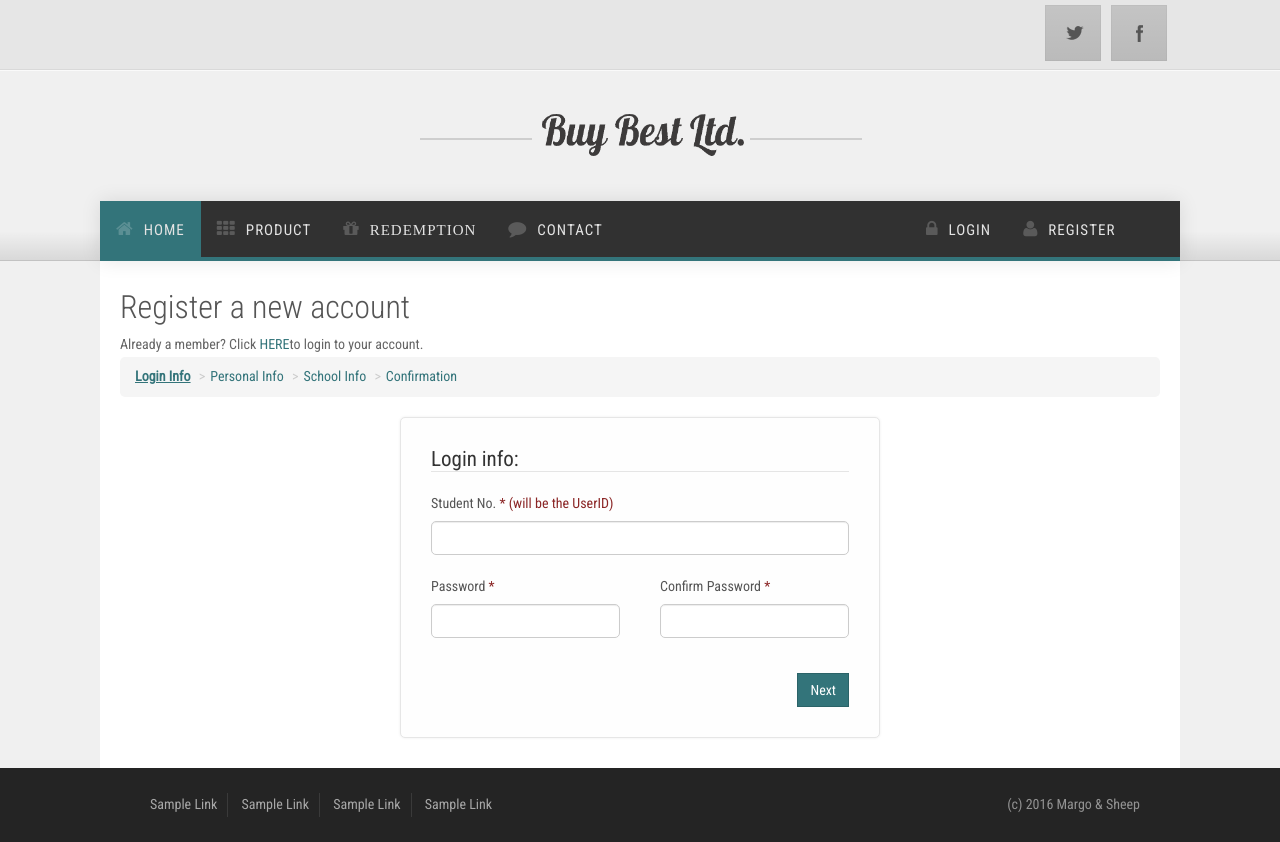
Repository: thymargo13/HCI--2015
Page: signup.html
The author's editor kept a record of every edit. The page is drawn from the files as they stood at one moment, then again after the next edit.
The browser window is 1280 px wide. The pictures show the whole page.

Above is the page before.

After the next edit:
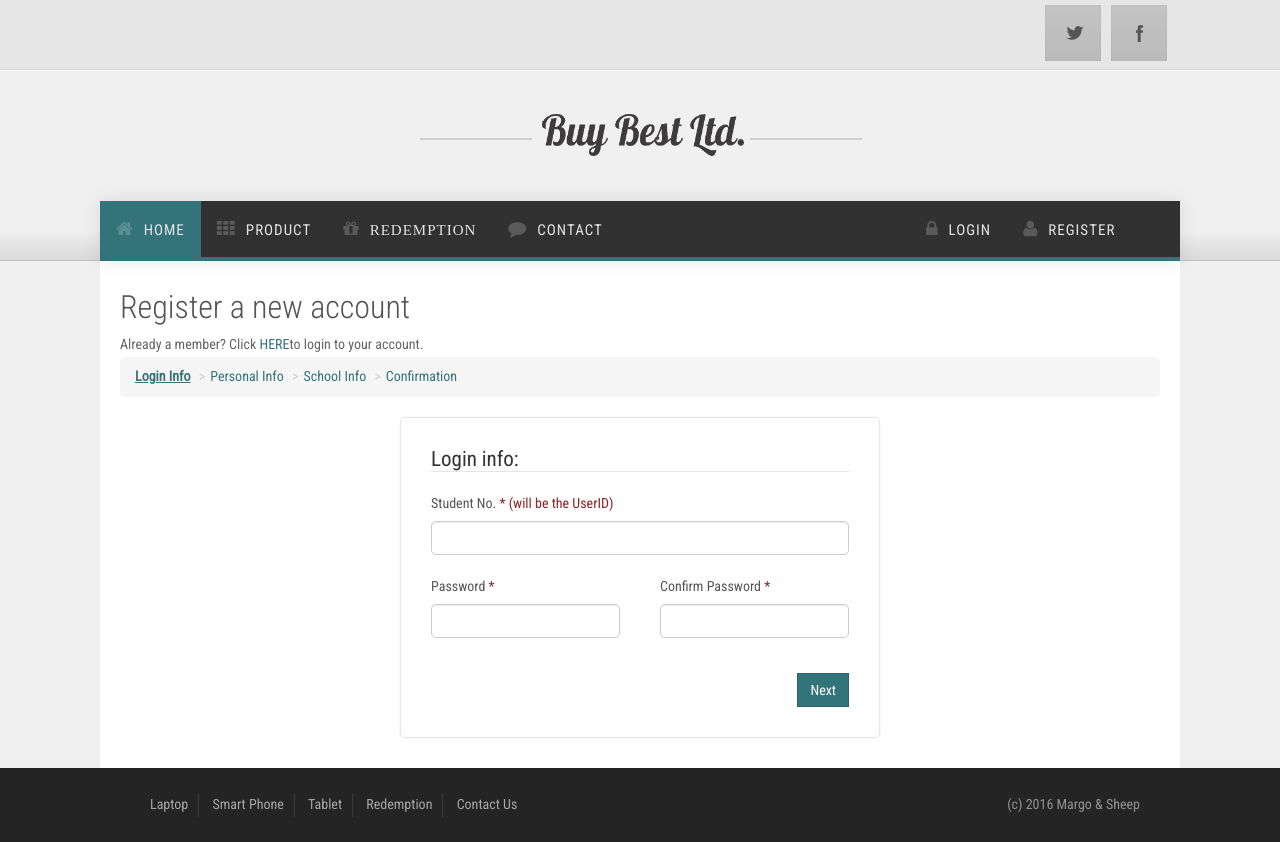
The edit:
--- a/signup.html
+++ b/signup.html
@@ -185,19 +185,23 @@
                         <div id="footermenu" class="col-md-8">
                             <ul class="list-unstyled list-inline">
                                 <li>
-                                    <a href="#" target="_blank">Sample Link</a>
-                                </li>
-                                <li>
-                                    <a href="#" target="_blank">Sample Link</a>
-                                </li>
-                                <li>
-                                    <a href="#" target="_blank">Sample Link</a>
-                                </li>
-                                <li>
-                                    <a href="#" target="_blank">Sample Link</a>
+                                    <a href="#" target="_blank">Laptop</a>
+                                </li>
+                                <li>
+                                    <a href="#" target="_blank">Smart Phone</a>
+                                </li>
+                                <li>
+                                    <a href="#" target="_blank">Tablet</a>
+                                </li>
+                                <li>
+                                    <a href="#" target="_blank">Redemption</a>
+                                </li>
+                                <li>
+                                    <a href="#" target="_blank">Contact Us</a>
                                 </li>
                             </ul>
                         </div>
+
                         <!-- End Footer Menu -->
                         <!-- Copyright -->
                         <div id="copyright" class="col-md-4">
